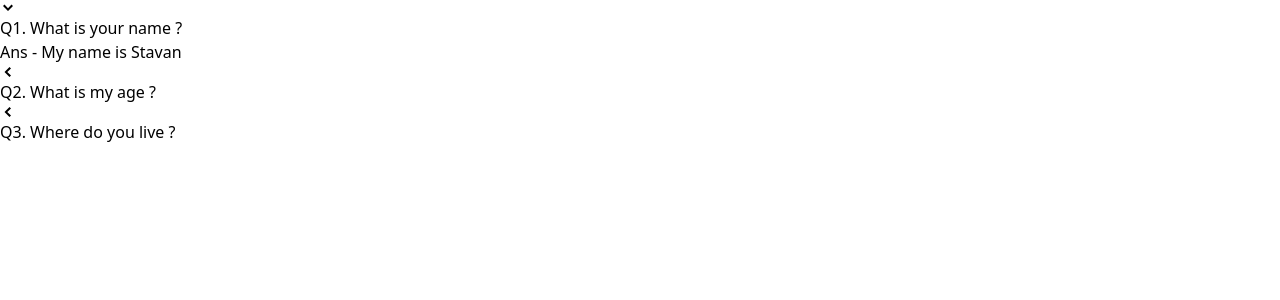
Repository: stavan30/components
Page: /
An editor plug-in stored every save of this project. The page is shown before and after the next save, followed by the edit.
The browser window is 1280 px wide. The pictures show the whole page.
The project was rebuilt for these pictures with package versions that can differ from the ones it lists, and the page was loaded fresh each time.

Above is the page before, as saved 2024-03-13 02:24:57.

### src/index.js
import React from "react";
import ReactDOM from 'react-dom/client'
import './index.css'
import App from './App'

const el = document.getElementById('root')
const root = ReactDOM.createRoot(el)

root.render(<App/>)

### src/App.js
import React from 'react'
import Accordion from './components/Accordion'


const App = () => {
    const items = [
        {
            id: 'd36dqd',
            label: 'Q1. What is your name ?',
            content: 'Ans - My name is Stavan'
        },
        {
            id: '4542vs',
            label: 'Q2. What is my age ?',
            content: 'Ans - My age is 25'
        },
        {
            id: '12ehq3',
            label: 'Q3. Where do you live ?',
            content: 'Ans - I live in San Jose'
        },
    ]

  return (
    <Accordion items={items}/>
  )
}

export default App

### src/components/Accordion.js
import React from 'react'
import { useState } from 'react';
import { GoChevronDown, GoChevronLeft } from "react-icons/go";


const Accordion = ({items}) => {

    const [expandedIndex, setExpandedIndex] = useState(0)

    const renderedItems = items.map((item, index)=>{
        const isExpanded = index === expandedIndex;

        const icon = <span>{isExpanded ? <GoChevronDown/> : <GoChevronLeft/>}</span>

       return (
        <div key={item.id}>
            <div onClick={()=> setExpandedIndex(index)}>
                {icon}
                {item.label}
            </div>
            {/* JS Boolean Expression turthy and falsey values, && and || operators - video 183 and 184 IMP*/}
            {isExpanded && <div>{item.content}</div>}
        </div>
       )
    });
  return (
    <div>
        {renderedItems}
    </div>
  )
}

export default Accordion

Loaded but not shown: public/index.html (common file); src/index.css (common file); tailwind.config.js (common file)

After the next save:
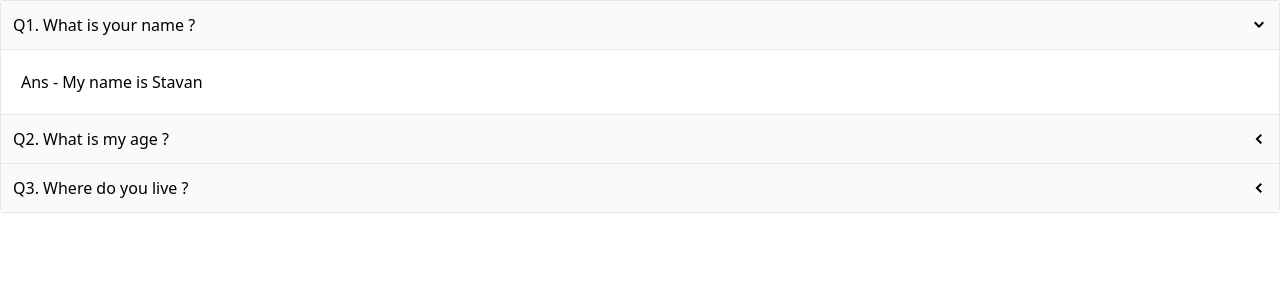
Saved 6 min 10 s later.
--- a/src/components/Accordion.js
+++ b/src/components/Accordion.js
@@ -14,17 +14,17 @@ const Accordion = ({items}) => {
 
        return (
         <div key={item.id}>
-            <div onClick={()=> setExpandedIndex(index)}>
+            <div className='flex justify-between p-3 bg-gray-50 border-b items-center cursor-pointer' onClick={()=> setExpandedIndex(index)}>
+                {item.label}
                 {icon}
-                {item.label}
             </div>
             {/* JS Boolean Expression turthy and falsey values, && and || operators - video 183 and 184 IMP*/}
-            {isExpanded && <div>{item.content}</div>}
+            {isExpanded && <div className='border-b p-5'>{item.content}</div>}
         </div>
        )
     });
   return (
-    <div>
+    <div className='border-x border-t rounded'>
         {renderedItems}
     </div>
   )
